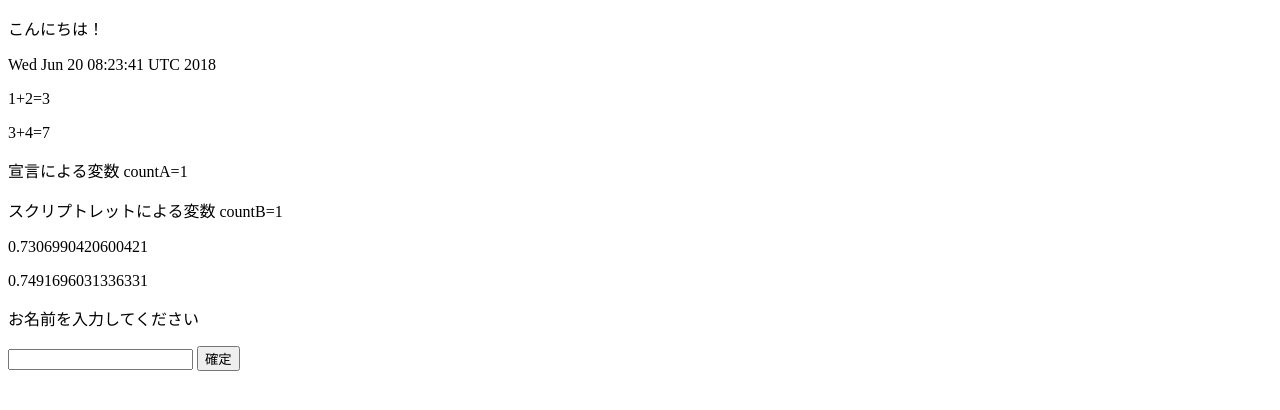
Repository: Kazuho-Komagamine/test
Page: http://localhost/HelloJSP/
The author's editor kept a copy of each file at every save. The page is drawn from the files as they stood at one save, then again after the next save.
The browser window is 1280 px wide. The pictures show the whole page.
The page is served by Tomcat 9.

Above is the page before, as saved 2018-06-20 08:52:13.

After the next save:
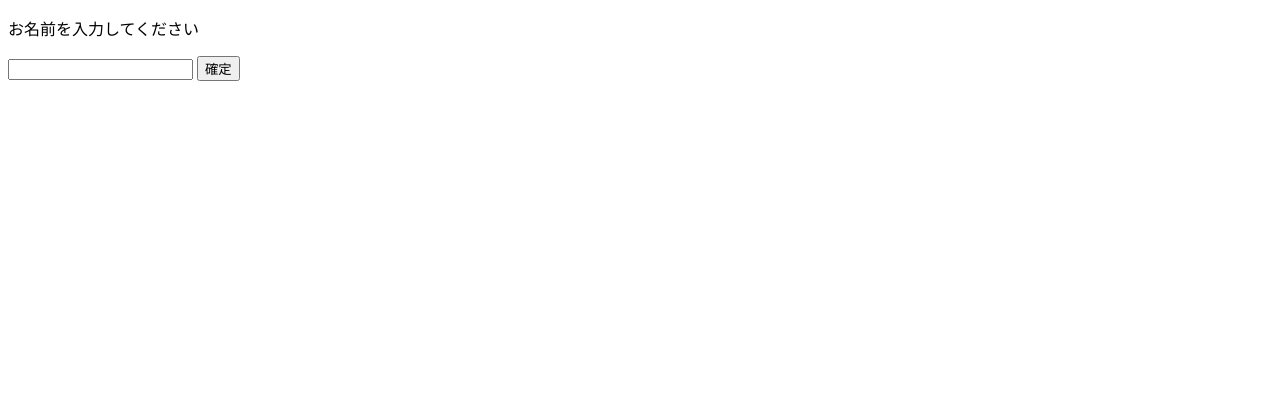
Saved 16 h 12 min later.
--- a/HelloJSP/WebContent/index.jsp
+++ b/HelloJSP/WebContent/index.jsp
@@ -7,31 +7,6 @@
         <title>Insert title here</title>
     </head>
 <body>
-    <p>こんにちは！</p>
-    <% out.println(new java.util.Date()); %>
-
-    <%!
-    static int add(int a, int b){
-    	return a+b;
-    }
-    %>
-
-    <p>1+2=<%=add(1,2) %></p>
-    <p>3+4=<%=add(3,4) %></p>
-
-    <%! static int countA=0; %>
-    <%
-    int countB=0;
-    countA++;
-    countB++;
-    %>
-
-    <p>宣言による変数 countA=<%=countA %></p>
-    <p>スクリプトレットによる変数 countB=<%=countB %></p>
-
-    <p><% out.println(Math.random()); %></p>
-    <p><%=Math.random() %></p>
-
     <p>お名前を入力してください</p>
     <form method="post" action="greeting-out.jsp">
     <input type="text" name="user">
